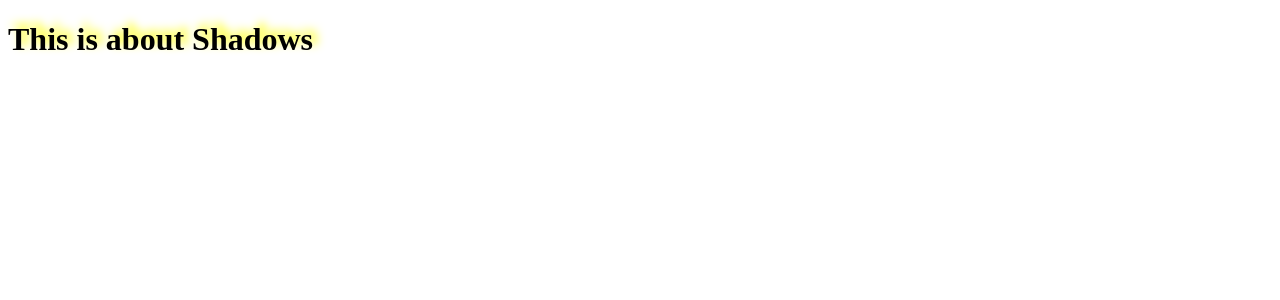
Repository: nottonofclay/csi_waymo
Page: shadows/shadows.html
These files come from the project's save history. The page is drawn as it stood at one moment and after the next save; the edit follows.
The browser window is 1280 px wide. The pictures show the whole page.

Above is the page before, as saved 2023-07-06 12:01:56.

### shadows/shadows.html
<!DOCTYPE html>
<html lang="en">
<head>
    <meta charset="UTF-8">
    <meta name="viewport" content="width=device-width, initial-scale=1.0">
    <title>Document</title>
    <link rel="stylesheet" href="shadows.css">
</head>
<body>
    <h1>This is about Shadows</h1>
</body>
</html>

### shadows/shadows.css
/* x-axis || y-axis || spread*/
h1 {
    text-shadow: 5px -5px 10px yellow;
}

After the next save:
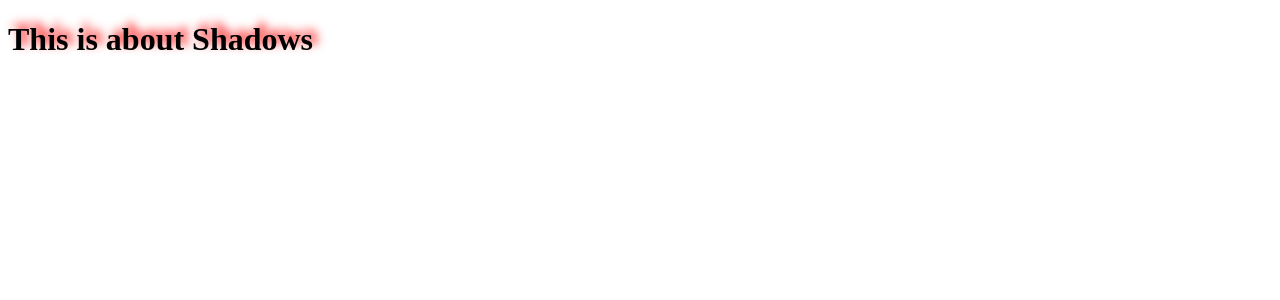
Saved 4 s later.
--- a/shadows/shadows.css
+++ b/shadows/shadows.css
@@ -1,4 +1,4 @@
 /* x-axis || y-axis || spread*/
 h1 {
-    text-shadow: 5px -5px 10px yellow;
+    text-shadow: 5px -5px 10px red;
 }
